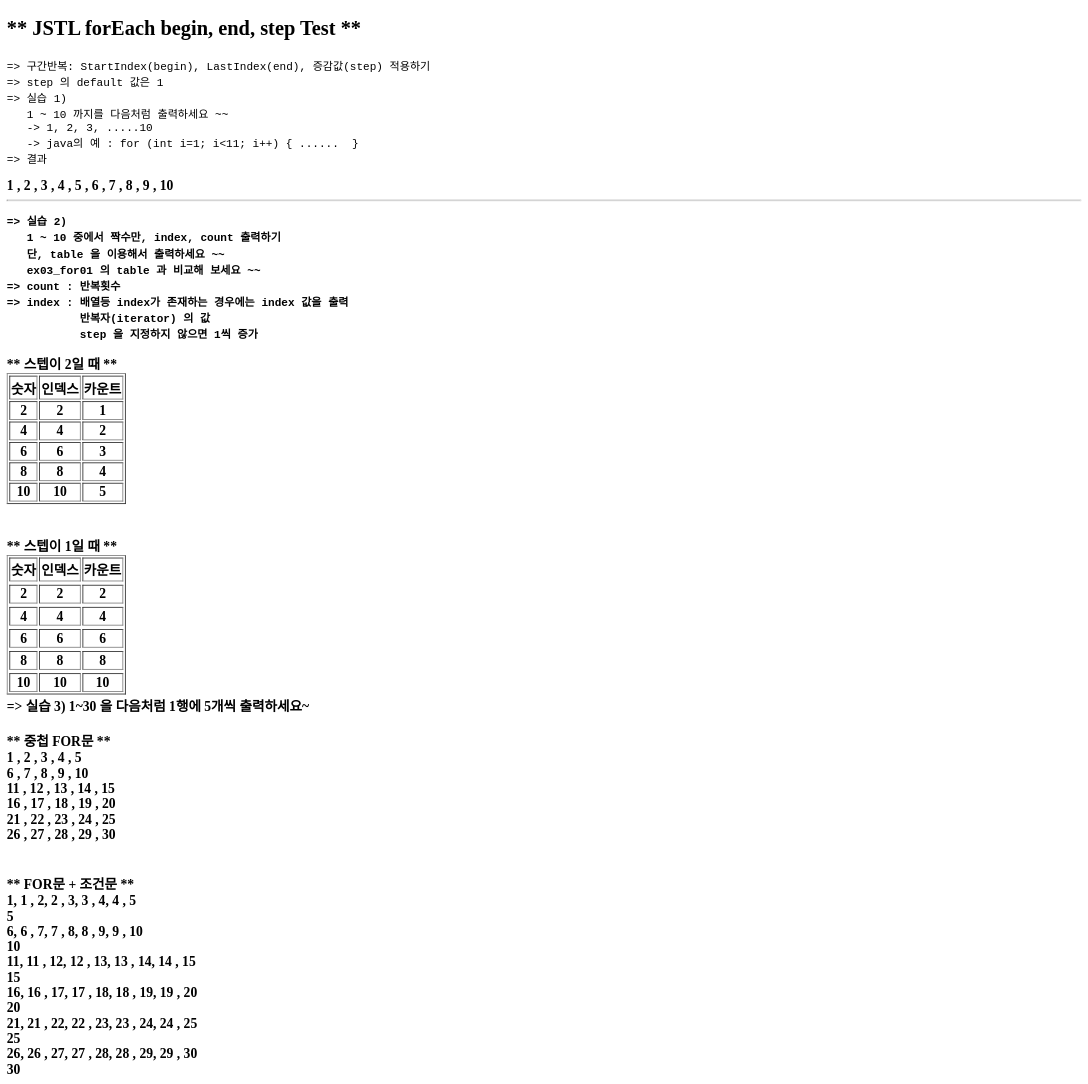
Repository: JYH94/JAVA
Page: http://localhost/web01/jsp03_jstl/ex03_for02.jsp
These files come from the project's save history. The page is drawn as it stood at one moment and after the next save; the edit follows.
The browser window is 1280 px wide. The pictures show the whole page, at 85% of full size.
The page is served by Tomcat 9. Other server files are loaded and not shown.

Above is the page before, as saved 2024-01-17 01:50:56.

### web01/src/main/webapp/jsp03_jstl/ex03_for02.jsp
<%@ page language="java" contentType="text/html; charset=UTF-8"
    pageEncoding="UTF-8"%>
<%@ taglib uri="http://java.sun.com/jsp/jstl/core" prefix="c" %>
<!DOCTYPE html>
<html>
<head>
<meta charset="UTF-8">
<title>** JSTL forEach begin, end, step Test **</title>
</head>
<body>
<h2>** JSTL forEach begin, end, step Test **</h2>
<pre>
=> 구간반복: StartIndex(begin), LastIndex(end), 증감값(step) 적용하기
=> step 의 default 값은 1
=> 실습 1)
   1 ~ 10 까지를 다음처럼 출력하세요 ~~
   -> 1, 2, 3, .....10
   -> java의 예 : for (int i=1; i<11; i++) { ......  }
=> 결과
</pre>
<b>

<c:forEach begin="1" end="10" var="number" step="1" varStatus="vs">
	${number}
	${vs.last ? "" : ", " }
</c:forEach>

<hr><pre>
=> 실습 2)
   1 ~ 10 중에서 짝수만, index, count 출력하기
   단, table 을 이용해서 출력하세요 ~~
   ex03_for01 의 table 과 비교해 보세요 ~~
=> count : 반복횟수
=> index : 배열등 index가 존재하는 경우에는 index 값을 출력
           반복자(iterator) 의 값
           step 을 지정하지 않으면 1씩 증가
</pre>

** 스텝이 2일 때 **
<table border=1; style="text-align:center; "width:90%;>
<tr>
	<th>숫자</th>
	<th>인덱스</th>
	<th>카운트</th>
</tr>
<c:forEach var="num" step="2" begin="2" end="10" varStatus="Q">
	<tr>
		<td>${num}</td>
		<td>${Q.index}</td>
		<td>${Q.count}</td>
	</tr>
</c:forEach>
</table>

<br>
<br>

** 스텝이 1일 때 **
<table border=1 style="text-align:center; "width:90%;>
<tr>
	<th>숫자</th>
	<th>인덱스</th>
	<th>카운트</th>
</tr>
<c:forEach var="num" begin="1" end="10" varStatus="Q">
	<tr>
		<c:if test="${num%2 == 0}">
			<td>${num}</td>
			<td>${Q.index}</td>
			<td>${Q.count}</td>
		</c:if>

		<c:if test="${num%2 != 0}"></c:if>

	</tr>
</c:forEach>
<!--
위 반복문을 돌리면 숫자가 2,4,6,8,10 이 찍히고
인덱스도 2,4,6,8,10이 찍히는 모습을 볼 수 있다.
그 이유는 시작점이 1 / 종료점이 10일 뿐이지 배열이 아니기 때문이다.
forEach반복문이 1부터 돌면서 조건문을 통해 건너뛰기 때문에
인덱스가 1,2,3,4,5가 아닌 2,4,6,8,10이 찍힌다.
 -->
</table>

=> 실습 3) 1~30 을 다음처럼 1행에 5개씩 출력하세요~<br>
<!--
1,2,3,4,5
6,7,8,9,10
11,12,13,14,15
...
............30 -->
<br>

** 중첩 FOR문 **<br>
<c:forEach var="num1" begin="0" end="5" varStatus="vs1">
	<c:forEach var="num2" begin="${5*num1 + 1}" end="${5*num1 + 5}" varStatus="vs2">
		<%-- <c:if test="${vs2.last == false}">
			${num2},
		</c:if>
		<c:if test="${vs2.last}">
			${num2}<br>
		</c:if>
		 --%>
		 <!-- 삼항연산자 사용하는 방법 -->
		${num2}
		${vs2.last ? "<br>" : ", "}
	</c:forEach>
</c:forEach>


<br><br>

** FOR문 + 조건문 **<br>
<c:forEach var="i" begin="1" end="30" step="1" varStatus="vs">
	<c:choose>
		<c:when test="${i %5 != 0}">
			${i},
		</c:when>

		<c:when test="${i %5 == 0}">
			${i}
			<br>
		</c:when>
	</c:choose>

	${i}
	${i%5 == 0 ? "<br>" : ", " }

</c:forEach>






</b>
</body>
</html>

After the next save:
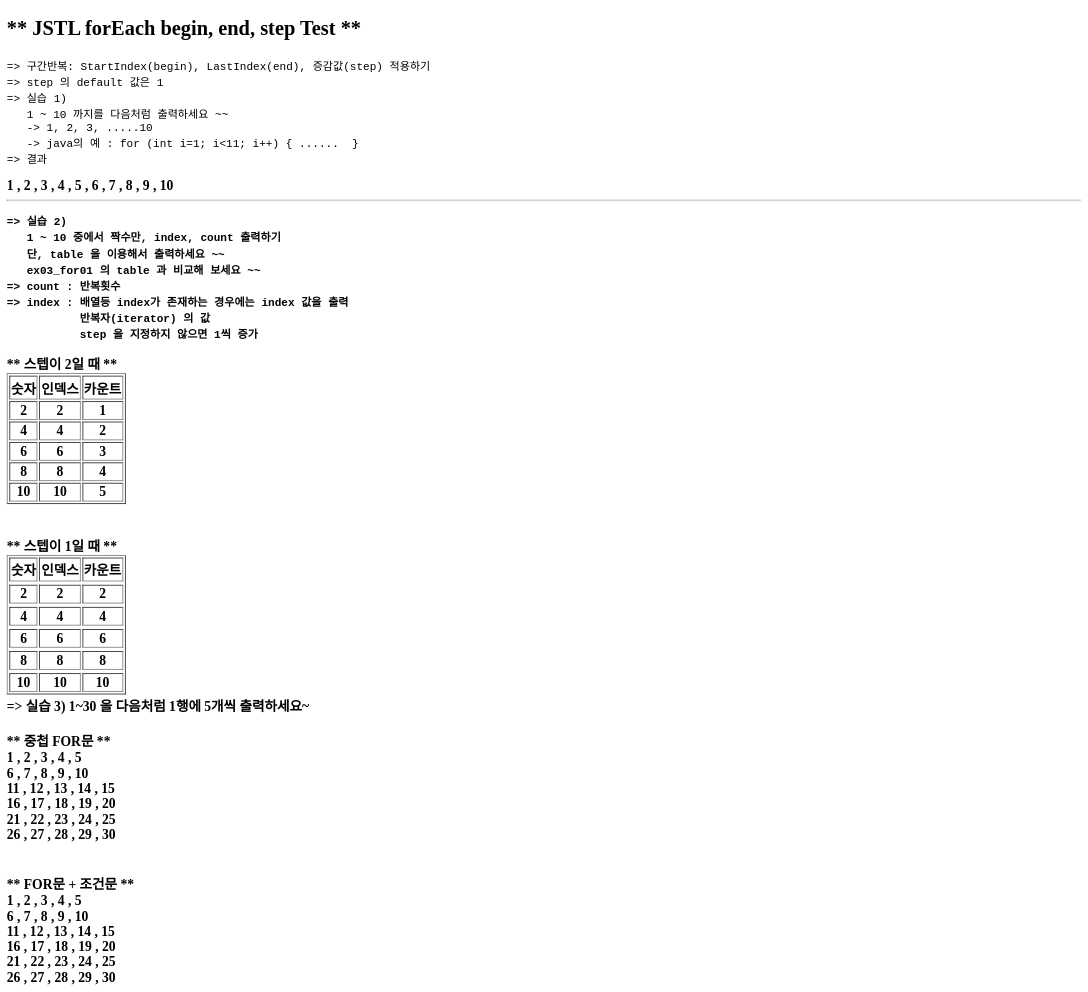
Saved 18 s later.
--- a/web01/src/main/webapp/jsp03_jstl/ex03_for02.jsp
+++ b/web01/src/main/webapp/jsp03_jstl/ex03_for02.jsp
@@ -113,7 +113,7 @@ forEach반복문이 1부터 돌면서 조건문을 통해 건너뛰기 때문에
 
 ** FOR문 + 조건문 **<br>
 <c:forEach var="i" begin="1" end="30" step="1" varStatus="vs">
-	<c:choose>
+<%-- 	<c:choose>
 		<c:when test="${i %5 != 0}">
 			${i},
 		</c:when>
@@ -123,7 +123,8 @@ forEach반복문이 1부터 돌면서 조건문을 통해 건너뛰기 때문에
 			<br>
 		</c:when>
 	</c:choose>
-
+	 --%>
+	 <!-- 삼항연산자 사용 -->
 	${i}
 	${i%5 == 0 ? "<br>" : ", " }
 
